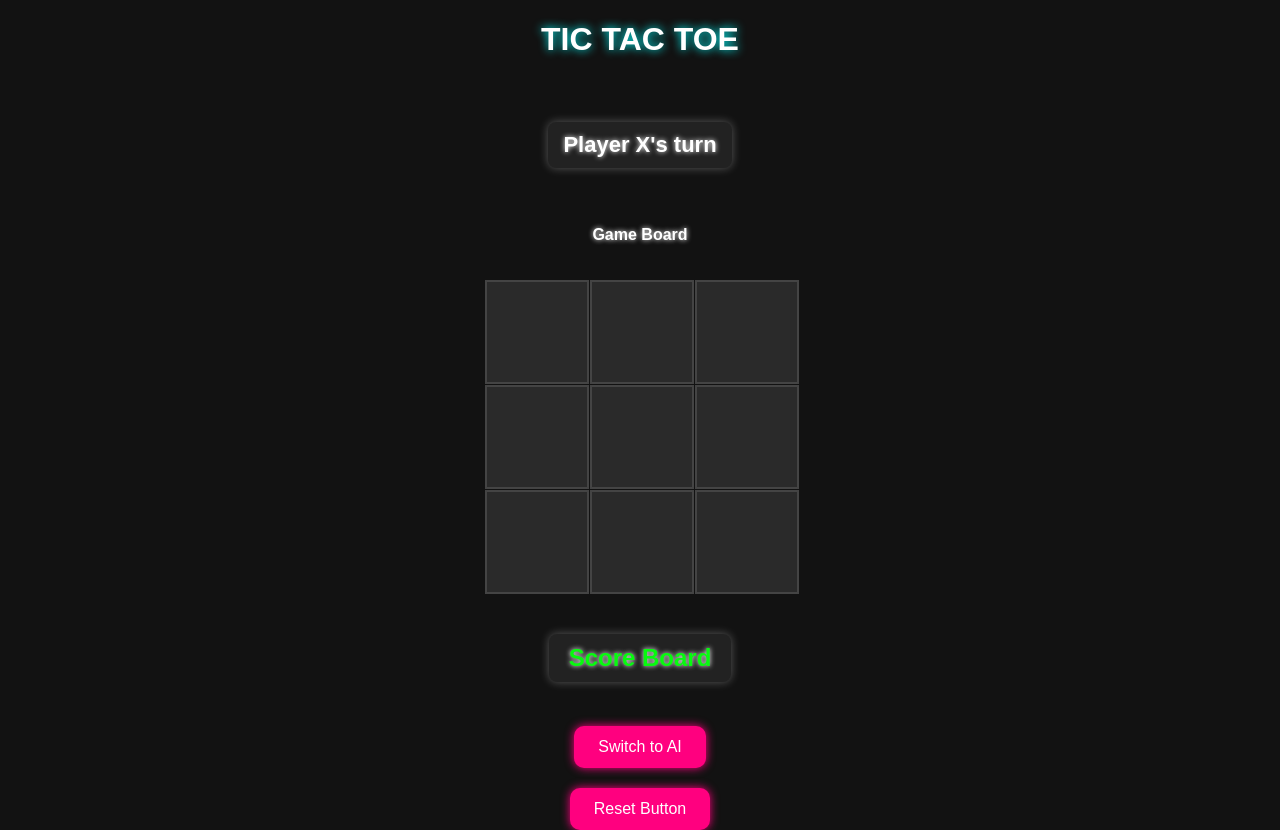
Repository: Yash19075/TicTacToe-game
Page: TicTacToe.html
The author's editor kept a copy of each file at every save. The page is drawn from the files as they stood at one save, then again after the next save.
The browser window is 1280 px wide. The pictures show the whole page.

Above is the page before, as saved 2025-03-09 11:18:06.

### TicTacToe.html
<!DOCTYPE html>
<html lang="en">
<head>
    <meta charset="UTF-8">
    <meta name="viewport" content="width=device-width, initial-scale=1.0">
    <title>TicTacToe</title>
    <link rel="stylesheet" href="TicTacToe.css">
</head>
<body>
    <h1>TIC TAC TOE</h1>

    <p class="player-turn">Player X's turn</p>

    <p class="game-board">Game Board</p>
    <div class="css-board">
        <div class="cell" onclick="handleClick(0)"></div>
        <div class="cell" onclick="handleClick(1)"></div>
        <div class="cell" onclick="handleClick(2)"></div>
        <div class="cell" onclick="handleClick(3)"></div>
        <div class="cell" onclick="handleClick(4)"></div>
        <div class="cell" onclick="handleClick(5)"></div>
        <div class="cell" onclick="handleClick(6)"></div>
        <div class="cell" onclick="handleClick(7)"></div>
        <div class="cell" onclick="handleClick(8)"></div>
    </div>
    <p class="score-board">Score Board</p>
    <button class="css-switchButton">Switch to AI</button>
    <button class="css-resetButton" onclick="button_reset()">Reset Button</button>

    <script src="TicTacToe.js"></script>
</body>
</html>

### TicTacToe.css
body {
    display: flex;
    justify-content: center;
    align-items: center;
    flex-direction: column;
    /* height: 100vh; */
    margin: 0;
    gap: 20px;
    background-color: #121212;
    color: white;
    font-family: Arial, sans-serif;
}

h1 {
    font-size: 32px;
    text-shadow: 0 0 10px #00ffff;
}


.css-board {
    display: grid;
    grid-template-columns: repeat(3, 100px);
    grid-template-rows: repeat(3, 100px);
    gap: 5px;
}

/* Game Board Cells */
.css-board div {
    display: flex;
    justify-content: center;
    align-items: center;
    border: 2px solid #444;
    background-color: #2a2a2a;
    color: #00ffff; /* Neon cyan */
    font-size: 36px;
    font-weight: bold;
    width: 100px;
    height: 100px;
    text-shadow: 0 0 10px #00ffff;
    transition: background-color 0.3s ease-in-out, box-shadow 0.3s;
}

/* Hover effect on empty cells */
.css-board div:hover {
    background-color: #333;
    box-shadow: 0 0 10px #00ffff;
    cursor: pointer;
}

/* Buttons */
.css-switchButton, .css-resetButton {
    padding: 12px 24px;
    border-radius: 10px;
    cursor: pointer;
    font-size: 16px;
    border: none;
    background-color: #ff007f; /* Neon pink */
    color: white;
    box-shadow: 0 0 10px #ff007f;
    transition: transform 0.2s ease-in-out, background-color 0.3s, box-shadow 0.3s;
}

.css-switchButton:hover, .css-resetButton:hover {
    background-color: #ff00ff; /* Brighter glow */
    box-shadow: 0 0 15px #ff00ff;
    transform: scale(1.1);
}

.score-board {
    font-size: 24px;
    font-weight: bold;
    padding: 10px 20px;
    border-radius: 8px;
    background-color: #222; /* Dark background */
    color: rgb(6, 251, 14);
    text-shadow: 0 0 5px #ffffff;
    box-shadow: 0 0 10px rgba(255, 255, 255, 0.3);
    transition: background-color 0.3s ease-in-out, box-shadow 0.3s ease-in-out;
}

.player-turn {
    font-size: 22px;
    font-weight: bold;
    padding: 10px 15px;
    border-radius: 8px;
    background-color: #222; /* Dark background */
    color: white;
    text-shadow: 0 0 5px #ffffff;
    box-shadow: 0 0 10px rgba(255, 255, 255, 0.3);
    transition: background-color 0.3s ease-in-out, box-shadow 0.3s ease-in-out, color 0.3s;
}

.game-board {
    font-family: Arial, Helvetica, sans-serif;
    font-weight: bold;
    color: white;
    text-shadow: 0 0 5px #ffffff;
}

### TicTacToe.js
let board = ["","","","","","","","",""];
move = 'X';
const cells = document.querySelectorAll(".css-board div");
console.log(cells)

let cellCount = 0;
let winningPattern = [
    [0,1,2],
    [3,4,5],
    [6,7,8],
    [0,3,6],
    [1,4,7],
    [2,5,8],
    [0,4,8],
    [2,4,6]
]

// for (let i = 0; i < cells.length; i++) {
//     cells[i].onclick = function () {
//         handleClick(i);
//     };
// }

function winner() {
    for (let pattern of winningPattern)
    {
        let pos0 = cells[pattern[0]].innerText;
        let pos1 = cells[pattern[1]].innerText;
        let pos2 = cells[pattern[2]].innerText;
        // console.log(pos0,pos1,pos2);
        if(pos0 != "" && pos1!= "" && pos2 != "")
        {
            if(pos0 === pos1 && pos1 === pos2)
            {
                // console.log("Winner");
                document.querySelector(".score-board").innerText = `${pos0}'s Win`;
                for (let cell of cells) {
                    cell.onclick = null;
                    cell.classList.add("disabled");
                }
            return pos0;
            }
        }
        if(cellCount == 9)
        {
            document.querySelector(".score-board").innerText = `Its a draw`;
        }
    }
}



function handleClick(index) {
 if(move === 'X')
    {
        document.querySelector(".player-turn").innerHTML = `Player 0's turn`;
    }
    else
    {
        document.querySelector(".player-turn").innerHTML = `Player X's turn`
    }
    if (cells[index].innerHTML === '') {
        cells[index].innerHTML = move;
        move = move === 'X' ? 'O' : 'X';
        cells[index].onclick = null;
        cellCount++;
        console.log(cellCount);
    }
    winner();
}

function button_reset() {
    for(let i = 0; i <cells.length; i++)
    {
        cells[i].innerHTML = '';
        board[i] = '';
        document.querySelector(".score-board").innerText = 'ScoreBoard';
        cells[i].onclick = function() { handleClick(i); };
        document.querySelector(".player-turn").innerHTML = `Player X's turn`;
        cellCount = 0;
    }
    move = 'X'
}

After the next save:
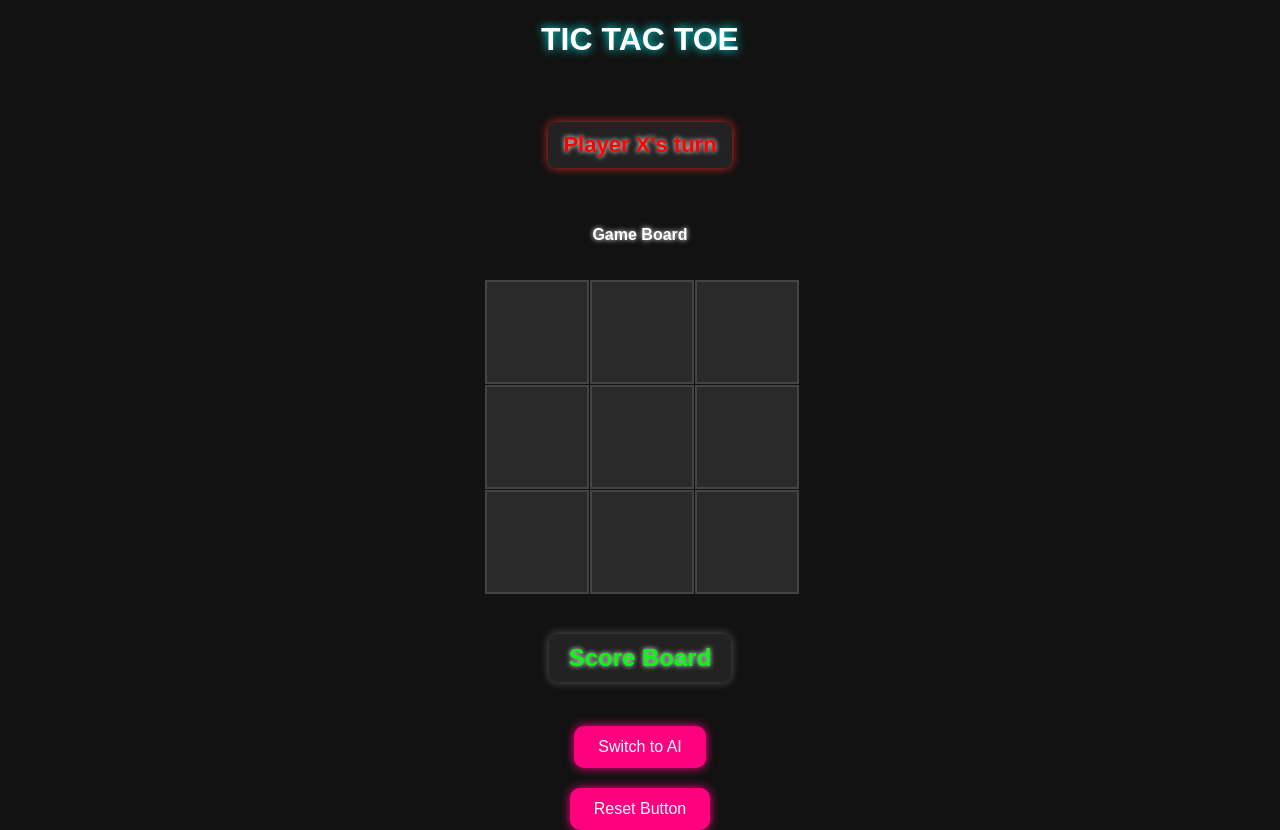
Saved 37 s later.
--- a/TicTacToe.css
+++ b/TicTacToe.css
@@ -84,9 +84,9 @@ h1 {
     padding: 10px 15px;
     border-radius: 8px;
     background-color: #222; /* Dark background */
-    color: white;
+    color: red;
     text-shadow: 0 0 5px #ffffff;
-    box-shadow: 0 0 10px rgba(255, 255, 255, 0.3);
+    box-shadow: 0 0 10px rgba(255, 43, 43, 0.838);
     transition: background-color 0.3s ease-in-out, box-shadow 0.3s ease-in-out, color 0.3s;
 }
 
